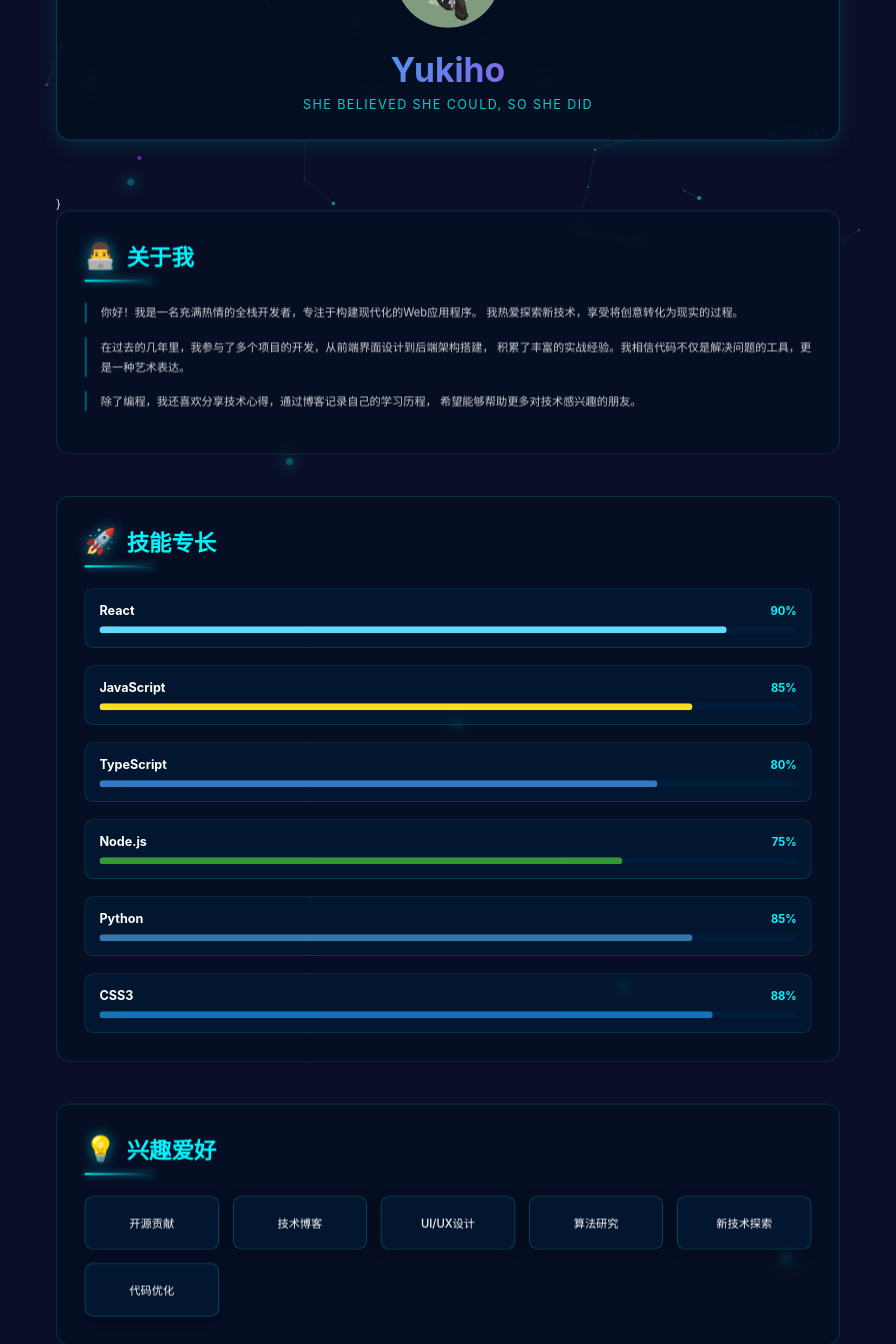
Repository: kyukiho/blog
Page: /about
The author's editor kept a copy of each file at every save. The page is drawn from the files as they stood at one save, then again after the next save.
The browser window is 1280 px wide. The pictures show the part of the page from y = 352 to 2272 px (the page is 2742 px tall before and 2722 px after), at 70% of full size.
The project was rebuilt for these pictures with package versions that can differ from the ones it lists, and the page was loaded fresh each time. Also part of the build but not shown: vite.config.js, src/components/BlogList.css, src/components/BlogList.jsx, src/components/BlogDetail.css, src/components/BlogDetail.jsx.

Above is the page before, as saved 2026-03-15 21:55:06.

### index.html
<!DOCTYPE html>
<html lang="zh-CN">
  <head>
    <meta charset="UTF-8" />
    <link rel="icon" type="image/svg+xml" href="/vite.svg" />
    <meta name="viewport" content="width=device-width, initial-scale=1.0" />
    <title>科技博客 - Tech Blog</title>
  </head>
  <body>
    <div id="root"></div>
    <script type="module" src="/src/main.jsx"></script>
  </body>
</html>

### src/App.jsx
import React, { useState, useEffect } from 'react'
import { BrowserRouter as Router, Routes, Route } from 'react-router-dom'
import { motion } from 'framer-motion'
import Header from './components/Header'
import BlogList from './components/BlogList'
import BlogDetail from './components/BlogDetail'
import About from './components/About'
import ParticleBackground from './components/ParticleBackground'
import MouseFollower from './components/MouseFollower'
import './App.css'

function App() {
  return (
    <Router>
      <div className="app">
        <ParticleBackground />
        <MouseFollower />
        <Header />
        <motion.main
          initial={{ opacity: 0 }}
          animate={{ opacity: 1 }}
          transition={{ duration: 0.5 }}
          className="main-content"
        >
          <Routes>
            <Route path="/" element={<BlogList />} />
            <Route path="/blog/:id" element={<BlogDetail />} />
            <Route path="/about" element={<About />} />
          </Routes>
        </motion.main>
      </div>
    </Router>
  )
}

export default App

### src/index.css
* {
  margin: 0;
  padding: 0;
  box-sizing: border-box;
}

:root {
  --bg-primary: #0a0e27;
  --bg-secondary: #151932;
  --text-primary: #e0e6ff;
  --text-secondary: #a0a8cc;
  --accent-cyan: #00f0ff;
  --accent-purple: #b537ff;
  --accent-pink: #ff006e;
  --gradient-1: linear-gradient(135deg, #00f0ff 0%, #b537ff 100%);
  --gradient-2: linear-gradient(135deg, #b537ff 0%, #ff006e 100%);
}

body {
  font-family: -apple-system, BlinkMacSystemFont, 'Segoe UI', 'Roboto', 'Oxygen',
    'Ubuntu', 'Cantarell', 'Fira Sans', 'Droid Sans', 'Helvetica Neue',
    sans-serif;
  -webkit-font-smoothing: antialiased;
  -moz-osx-font-smoothing: grayscale;
  background-color: var(--bg-primary);
  color: var(--text-primary);
  overflow-x: hidden;
}

code {
  font-family: source-code-pro, Menlo, Monaco, Consolas, 'Courier New',
    monospace;
}

a {
  color: var(--accent-cyan);
  text-decoration: none;
  transition: color 0.3s ease;
}

a:hover {
  color: var(--accent-purple);
}

/* Scrollbar Styling */
::-webkit-scrollbar {
  width: 10px;
}

::-webkit-scrollbar-track {
  background: var(--bg-secondary);
}

::-webkit-scrollbar-thumb {
  background: var(--accent-purple);
  border-radius: 5px;
}

::-webkit-scrollbar-thumb:hover {
  background: var(--accent-cyan);
}

/* Selection */
::selection {
  background: var(--accent-purple);
  color: white;
}

/* Code Highlighting */
.hljs {
  background: var(--bg-secondary) !important;
  padding: 1.5rem !important;
  border-radius: 10px;
  overflow-x: auto;
}

### src/components/Header.jsx
import React from 'react'
import { Link } from 'react-router-dom'
import { motion } from 'framer-motion'
import './Header.css'

const Header = () => {
  return (
    <motion.header
      className="header"
      initial={{ y: -100 }}
      animate={{ y: 0 }}
      transition={{ duration: 0.5, type: 'spring' }}
    >
      <div className="header-content">
        <Link to="/" className="logo">
          <motion.span
            className="logo-text glow"
            whileHover={{ scale: 1.05 }}
            whileTap={{ scale: 0.95 }}
          >
            &lt;Tech<span className="logo-accent">Blog</span>/&gt;
          </motion.span>
        </Link>
        <nav className="nav">
          <motion.div
            whileHover={{ scale: 1.1 }}
            whileTap={{ scale: 0.9 }}
          >
            <Link to="/" className="nav-link">首页</Link>
          </motion.div>
          <motion.div
            whileHover={{ scale: 1.1 }}
            whileTap={{ scale: 0.9 }}
          >
            <Link to="/about" className="nav-link">关于我</Link>
          </motion.div>
        </nav>
      </div>
      <div className="header-line"></div>
    </motion.header>
  )
}

export default Header

### src/components/About.jsx
import React, { useState } from 'react'
import { motion } from 'framer-motion'
import './About.css'

const About = () => {
  const [hoveredSkill, setHoveredSkill] = useState(null)

  const skills = [
    { name: 'React', level: 90, color: '#61DAFB' },
    { name: 'JavaScript', level: 85, color: '#F7DF1E' },
    { name: 'TypeScript', level: 80, color: '#3178C6' },
    { name: 'Node.js', level: 75, color: '#339933' },
    { name: 'Python', level: 85, color: '#3776AB' },
    { name: 'CSS3', level: 88, color: '#1572B6' }
  ]

  const containerVariants = {
    hidden: { opacity: 0 },
    visible: {
      opacity: 1,
      transition: {
        staggerChildren: 0.2
      }
    }
  }

  const itemVariants = {
    hidden: { x: -50, opacity: 0 },
    visible: {
      x: 0,
      opacity: 1,
      transition: {
        type: 'spring',
        stiffness: 100
      }
    }
  }

  const skillVariants = {
    hidden: { width: 0 },
    visible: (level) => ({
      width: `${level}%`,
      transition: {
        duration: 1.5,
        ease: 'easeOut'
      }
    })
  }

  return (
    <div className="about-container">
      <motion.div
        className="about-content"
        variants={containerVariants}
        initial="hidden"
        animate="visible"
      >
        {/* 个人简介卡片 */}
        <motion.div className="profile-card" variants={itemVariants}>
          <motion.div
            className="profile-avatar"
            whileHover={{ scale: 1.1, rotate: 360 }}
            transition={{ duration: 0.5 }}
          >
            <img
              src="/imgs/touxiang.jpg"
              alt="头像"
              className="avatar-img"
              style={{ width: '100%', height: '100%', borderRadius: '50%' }}
            />
          </motion.div>
          <h1 className="profile-name">
            <motion.span
              initial={{ opacity: 0, y: 20 }}
              animate={{ opacity: 1, y: 0 }}
              transition={{ delay: 0.3 }}
            >
              Yukiho
            </motion.span>
          </h1>
          <p className="profile-title">She believed she could, so she did</p>
        </motion.div>

        {/* 关于我 */}}
        <motion.section className="about-section" variants={itemVariants}>
          <h2 className="section-title">
            <span className="title-icon">👨‍💻</span>
            关于我
          </h2>
          <div className="about-text">
            <p>
              你好！我是一名充满热情的全栈开发者，专注于构建现代化的Web应用程序。
              我热爱探索新技术，享受将创意转化为现实的过程。
            </p>
            <p>
              在过去的几年里，我参与了多个项目的开发，从前端界面设计到后端架构搭建，
              积累了丰富的实战经验。我相信代码不仅是解决问题的工具，更是一种艺术表达。
            </p>
            <p>
              除了编程，我还喜欢分享技术心得，通过博客记录自己的学习历程，
              希望能够帮助更多对技术感兴趣的朋友。
            </p>
          </div>
        </motion.section>

        {/* 技能 */}
        <motion.section className="skills-section" variants={itemVariants}>
          <h2 className="section-title">
            <span className="title-icon">🚀</span>
            技能专长
          </h2>
          <div className="skills-grid">
            {skills.map((skill, index) => (
              <motion.div
                key={skill.name}
                className="skill-item"
                onMouseEnter={() => setHoveredSkill(index)}
                onMouseLeave={() => setHoveredSkill(null)}
                whileHover={{ scale: 1.05 }}
              >
                <div className="skill-header">
                  <span className="skill-name">{skill.name}</span>
                  <span className="skill-percentage">{skill.level}%</span>
                </div>
                <div className="skill-bar-container">
                  <motion.div
                    className="skill-bar"
                    custom={skill.level}
                    variants={skillVariants}
                    initial="hidden"
                    animate="visible"
                    style={{
                      backgroundColor: skill.color,
                      boxShadow: hoveredSkill === index
                        ? `0 0 20px ${skill.color}`
                        : 'none'
                    }}
                  />
                </div>
              </motion.div>
            ))}
          </div>
        </motion.section>

        {/* 兴趣爱好 */}
        <motion.section className="interests-section" variants={itemVariants}>
          <h2 className="section-title">
            <span className="title-icon">💡</span>
            兴趣爱好
          </h2>
          <div className="interests-grid">
            {['开源贡献', '技术博客', 'UI/UX设计', '算法研究', '新技术探索', '代码优化'].map((interest, index) => (
              <motion.div
                key={interest}
                className="interest-card"
                whileHover={{
                  scale: 1.1,
                  rotate: [0, -5, 5, 0],
                  transition: { duration: 0.3 }
                }}
                initial={{ opacity: 0, scale: 0 }}
                animate={{ opacity: 1, scale: 1 }}
                transition={{ delay: 0.5 + index * 0.1 }}
              >
                <span>{interest}</span>
              </motion.div>
            ))}
          </div>
        </motion.section>

        {/* 联系方式 */}
        <motion.section className="contact-section" variants={itemVariants}>
          <h2 className="section-title">
            <span className="title-icon">📧</span>
            联系我
          </h2>
          <div className="contact-links">
            {[
              { icon: '📧', text: 'Email', href: 'mailto:example@email.com' },
              { icon: '💼', text: 'GitHub', href: 'https://github.com' },
              { icon: '🔗', text: 'LinkedIn', href: 'https://linkedin.com' },
              { icon: '🐦', text: 'Twitter', href: 'https://twitter.com' }
            ].map((link, index) => (
              <motion.a
                key={link.text}
                href={link.href}
                className="contact-link"
                whileHover={{ scale: 1.15, y: -5 }}
                whileTap={{ scale: 0.95 }}
                initial={{ opacity: 0, y: 20 }}
                animate={{ opacity: 1, y: 0 }}
                transition={{ delay: 0.7 + index * 0.1 }}
              >
                <span className="contact-icon">{link.icon}</span>
                <span className="contact-text">{link.text}</span>
              </motion.a>
            ))}
          </div>
        </motion.section>
      </motion.div>

      {/* 装饰性动画元素 */}
      <div className="decorative-elements">
        {[...Array(5)].map((_, i) => (
          <motion.div
            key={i}
            className="floating-element"
            animate={{
              y: [0, -30, 0],
              x: [0, 15, 0],
              rotate: [0, 180, 360]
            }}
            transition={{
              duration: 5 + i,
              repeat: Infinity,
              ease: 'easeInOut',
              delay: i * 0.5
            }}
            style={{
              left: `${10 + i * 20}%`,
              top: `${20 + i * 15}%`
            }}
          />
        ))}
      </div>
    </div>
  )
}

export default About

### src/components/ParticleBackground.jsx
import React, { useEffect, useRef } from 'react'
import './ParticleBackground.css'

const ParticleBackground = () => {
  const canvasRef = useRef(null)

  useEffect(() => {
    const canvas = canvasRef.current
    const ctx = canvas.getContext('2d')
    let animationFrameId
    let particles = []

    // 设置画布大小
    const resizeCanvas = () => {
      canvas.width = window.innerWidth
      canvas.height = window.innerHeight
    }
    resizeCanvas()
    window.addEventListener('resize', resizeCanvas)

    // 粒子类
    class Particle {
      constructor() {
        this.x = Math.random() * canvas.width
        this.y = Math.random() * canvas.height
        this.size = Math.random() * 2 + 1
        this.speedX = Math.random() * 0.5 - 0.25
        this.speedY = Math.random() * 0.5 - 0.25
        this.color = Math.random() > 0.5 ? '#00f0ff' : '#b537ff'
      }

      update() {
        this.x += this.speedX
        this.y += this.speedY

        if (this.x > canvas.width) this.x = 0
        if (this.x < 0) this.x = canvas.width
        if (this.y > canvas.height) this.y = 0
        if (this.y < 0) this.y = canvas.height
      }

      draw() {
        ctx.fillStyle = this.color
        ctx.beginPath()
        ctx.arc(this.x, this.y, this.size, 0, Math.PI * 2)
        ctx.fill()
      }
    }

    // 初始化粒子
    const initParticles = () => {
      particles = []
      const particleCount = Math.floor((canvas.width * canvas.height) / 15000)
      for (let i = 0; i < particleCount; i++) {
        particles.push(new Particle())
      }
    }
    initParticles()

    // 连接粒子
    const connectParticles = () => {
      for (let i = 0; i < particles.length; i++) {
        for (let j = i + 1; j < particles.length; j++) {
          const dx = particles[i].x - particles[j].x
          const dy = particles[i].y - particles[j].y
          const distance = Math.sqrt(dx * dx + dy * dy)

          if (distance < 120) {
            ctx.strokeStyle = `rgba(0, 240, 255, ${1 - distance / 120})`
            ctx.lineWidth = 0.5
            ctx.beginPath()
            ctx.moveTo(particles[i].x, particles[i].y)
            ctx.lineTo(particles[j].x, particles[j].y)
            ctx.stroke()
          }
        }
      }
    }

    // 动画循环
    const animate = () => {
      ctx.clearRect(0, 0, canvas.width, canvas.height)

      particles.forEach(particle => {
        particle.update()
        particle.draw()
      })

      connectParticles()
      animationFrameId = requestAnimationFrame(animate)
    }
    animate()

    return () => {
      window.removeEventListener('resize', resizeCanvas)
      cancelAnimationFrame(animationFrameId)
    }
  }, [])

  return <canvas ref={canvasRef} className="particle-canvas" />
}

export default ParticleBackground

### src/components/MouseFollower.jsx
import React, { useEffect, useRef } from 'react'
import './MouseFollower.css'

const MouseFollower = () => {
  const followerRef = useRef(null)
  const cursorRef = useRef(null)
  const mousePos = useRef({ x: 0, y: 0 })
  const followerPos = useRef({ x: 0, y: 0 })

  useEffect(() => {
    const handleMouseMove = (e) => {
      mousePos.current = { x: e.clientX, y: e.clientY }

      if (cursorRef.current) {
        cursorRef.current.style.left = `${e.clientX}px`
        cursorRef.current.style.top = `${e.clientY}px`
      }
    }

    const animate = () => {
      // 平滑跟随效果
      followerPos.current.x += (mousePos.current.x - followerPos.current.x) * 0.1
      followerPos.current.y += (mousePos.current.y - followerPos.current.y) * 0.1

      if (followerRef.current) {
        followerRef.current.style.left = `${followerPos.current.x}px`
        followerRef.current.style.top = `${followerPos.current.y}px`
      }

      requestAnimationFrame(animate)
    }

    window.addEventListener('mousemove', handleMouseMove)
    animate()

    // 鼠标悬停在可点击元素上时的效果
    const handleMouseEnter = () => {
      if (followerRef.current) {
        followerRef.current.style.transform = 'translate(-50%, -50%) scale(1.5)'
      }
    }

    const handleMouseLeave = () => {
      if (followerRef.current) {
        followerRef.current.style.transform = 'translate(-50%, -50%) scale(1)'
      }
    }

    const clickableElements = document.querySelectorAll('a, button, .blog-card')
    clickableElements.forEach(el => {
      el.addEventListener('mouseenter', handleMouseEnter)
      el.addEventListener('mouseleave', handleMouseLeave)
    })

    return () => {
      window.removeEventListener('mousemove', handleMouseMove)
      clickableElements.forEach(el => {
        el.removeEventListener('mouseenter', handleMouseEnter)
        el.removeEventListener('mouseleave', handleMouseLeave)
      })
    }
  }, [])

  return (
    <>
      <div ref={cursorRef} className="mouse-cursor"></div>
      <div ref={followerRef} className="mouse-follower"></div>
    </>
  )
}

export default MouseFollower

### src/App.css
.app {
  min-height: 100vh;
  position: relative;
}

.main-content {
  position: relative;
  z-index: 10;
  max-width: 1200px;
  margin: 0 auto;
  padding: 100px 20px 50px;
}

/* Glowing effect */
.glow {
  animation: glow 2s ease-in-out infinite alternate;
}

@keyframes glow {
  from {
    text-shadow: 0 0 5px #00f0ff, 0 0 10px #00f0ff, 0 0 15px #00f0ff;
  }
  to {
    text-shadow: 0 0 10px #b537ff, 0 0 20px #b537ff, 0 0 30px #b537ff;
  }
}

/* Hover effects */
.hover-lift {
  transition: transform 0.3s ease, box-shadow 0.3s ease;
}

.hover-lift:hover {
  transform: translateY(-5px);
  box-shadow: 0 10px 30px rgba(181, 55, 255, 0.3);
}

### src/components/Header.css
.header {
  position: fixed;
  top: 0;
  left: 0;
  right: 0;
  z-index: 1000;
  background: rgba(10, 14, 39, 0.8);
  backdrop-filter: blur(10px);
  border-bottom: 1px solid rgba(0, 240, 255, 0.2);
}

.header-content {
  max-width: 1200px;
  margin: 0 auto;
  padding: 20px;
  display: flex;
  justify-content: space-between;
  align-items: center;
}

.logo-text {
  font-size: 1.8rem;
  font-weight: 700;
  font-family: 'Courier New', monospace;
  letter-spacing: 2px;
}

.logo-accent {
  color: var(--accent-cyan);
}

.nav {
  display: flex;
  gap: 30px;
}

.nav-link {
  font-size: 1.1rem;
  font-weight: 500;
  position: relative;
  padding: 5px 10px;
}

.nav-link::after {
  content: '';
  position: absolute;
  bottom: 0;
  left: 0;
  width: 0;
  height: 2px;
  background: var(--gradient-1);
  transition: width 0.3s ease;
}

.nav-link:hover::after {
  width: 100%;
}

.header-line {
  height: 2px;
  background: var(--gradient-1);
  width: 0;
  animation: expandLine 1s ease-out 0.5s forwards;
}

@keyframes expandLine {
  to {
    width: 100%;
  }
}

### src/components/ParticleBackground.css
.particle-canvas {
  position: fixed;
  top: 0;
  left: 0;
  width: 100%;
  height: 100%;
  z-index: 1;
  pointer-events: none;
  opacity: 0.6;
}

### src/components/MouseFollower.css
.mouse-cursor {
  position: fixed;
  width: 10px;
  height: 10px;
  border-radius: 50%;
  background: var(--accent-cyan);
  pointer-events: none;
  z-index: 9999;
  transform: translate(-50%, -50%);
  mix-blend-mode: screen;
  transition: width 0.3s, height 0.3s;
}

.mouse-follower {
  position: fixed;
  width: 40px;
  height: 40px;
  border: 2px solid var(--accent-purple);
  border-radius: 50%;
  pointer-events: none;
  z-index: 9998;
  transform: translate(-50%, -50%);
  transition: transform 0.3s ease;
  opacity: 0.5;
}

/* 隐藏默认光标 */
body,
a,
button,
.blog-card {
  cursor: none !important;
}

Loaded but not shown: src/main.jsx (common file); src/components/About.css (380 lines, source omitted)

After the next save:
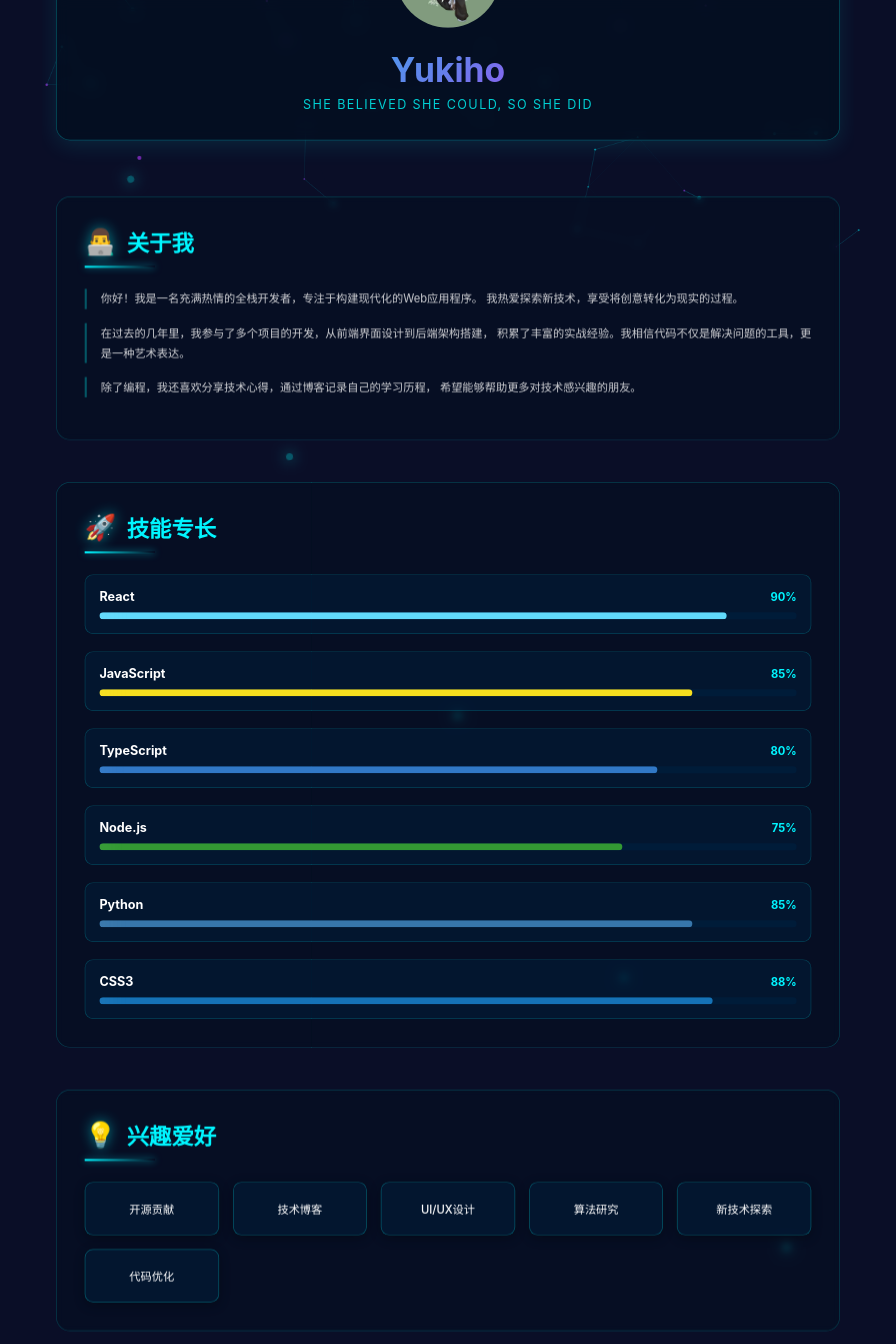
Saved 21 s later.
--- a/src/components/About.jsx
+++ b/src/components/About.jsx
@@ -81,7 +81,7 @@ const About = () => {
           <p className="profile-title">She believed she could, so she did</p>
         </motion.div>
 
-        {/* 关于我 */}}
+        {/* 关于我 */}
         <motion.section className="about-section" variants={itemVariants}>
           <h2 className="section-title">
             <span className="title-icon">👨‍💻</span>
